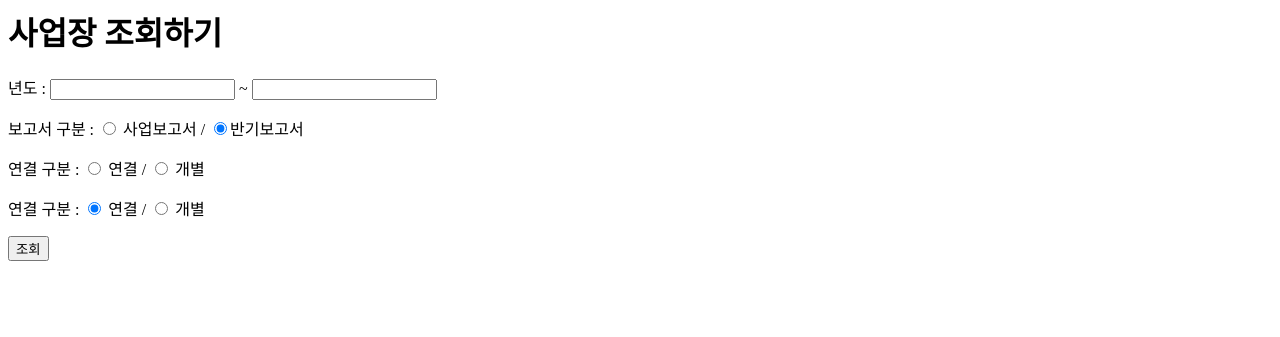
Repository: bangProgram/PJT_Finance
Page: http://localhost/Finance/WEB-INF/views/main/main.jsp
An editor plug-in stored every save of this project. The page is shown before and after the next save, followed by the edit.
The browser window is 1280 px wide. The pictures show the whole page.
The page is served by Tomcat 9. Nobody is signed in. The template is opened directly, without the code that normally fills it, so the values that code supplies are empty.

Above is the page before, as saved 2022-10-19 05:50:40.

After the next save:
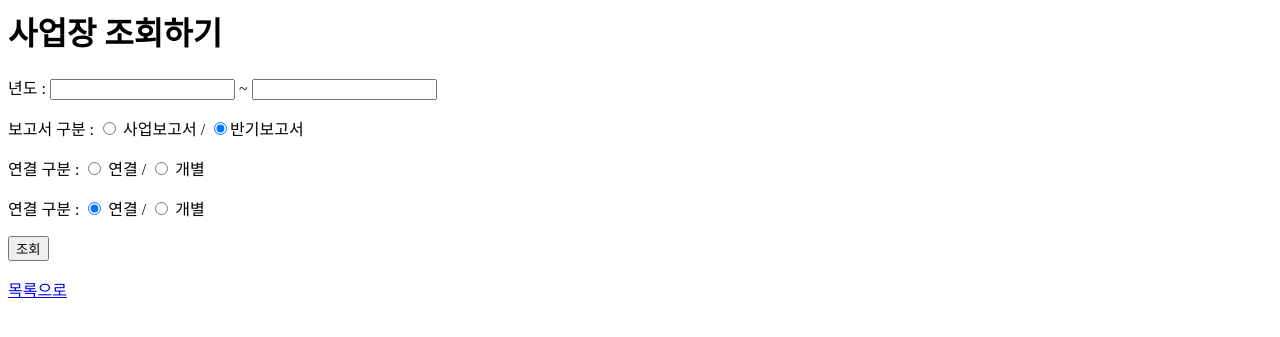
Saved 50 min 38 s later.
--- a/Finance/src/main/webapp/WEB-INF/views/main/main.jsp
+++ b/Finance/src/main/webapp/WEB-INF/views/main/main.jsp
@@ -12,6 +12,9 @@
    <p>연결 구분 : <input type="radio" name="pConnectGb" value="CFS" checked="checked"/> 연결 / <input type="radio" name="pConnectGb" value="OFS"/> 개별</p>
    <p>연결 구분 : <input type="radio" name="pConnectGb" value="CFS" checked="checked"/> 연결 / <input type="radio" name="pConnectGb" value="OFS"/> 개별</p>
    <p><input type="submit" value="조회" />
+   <p>
+   <a href="/report">목록으로</a>
+  </p>
   </form>
  </body>
 </html>
